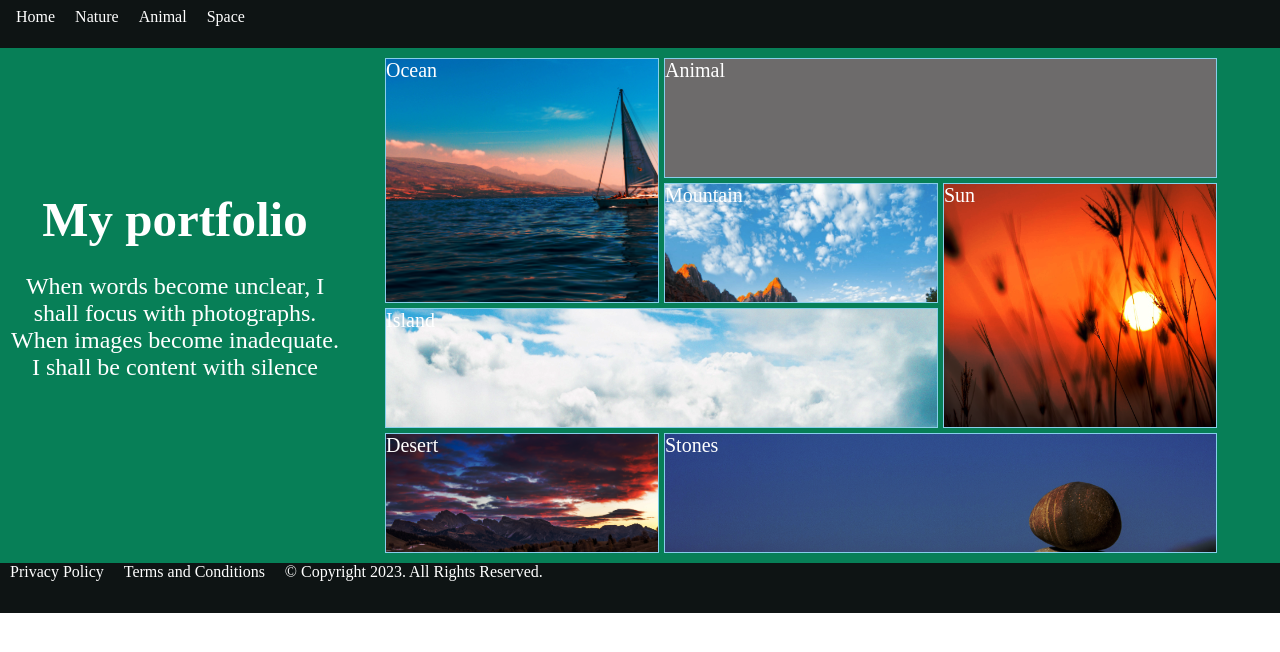
Repository: suraj-yadav7/03_Gallery_Portfolio
Page: index.html
These files come from the project's save history. The page is drawn as it stood at one moment and after the next save; the edit follows.
The browser window is 1280 px wide. The pictures show the whole page.
Pictures or frames that could not be fetched are drawn as grey boxes. Some web fonts or font styles are not loaded; a fallback is used.

Above is the page before, as saved 2023-02-14 21:46:57.

After the next save:
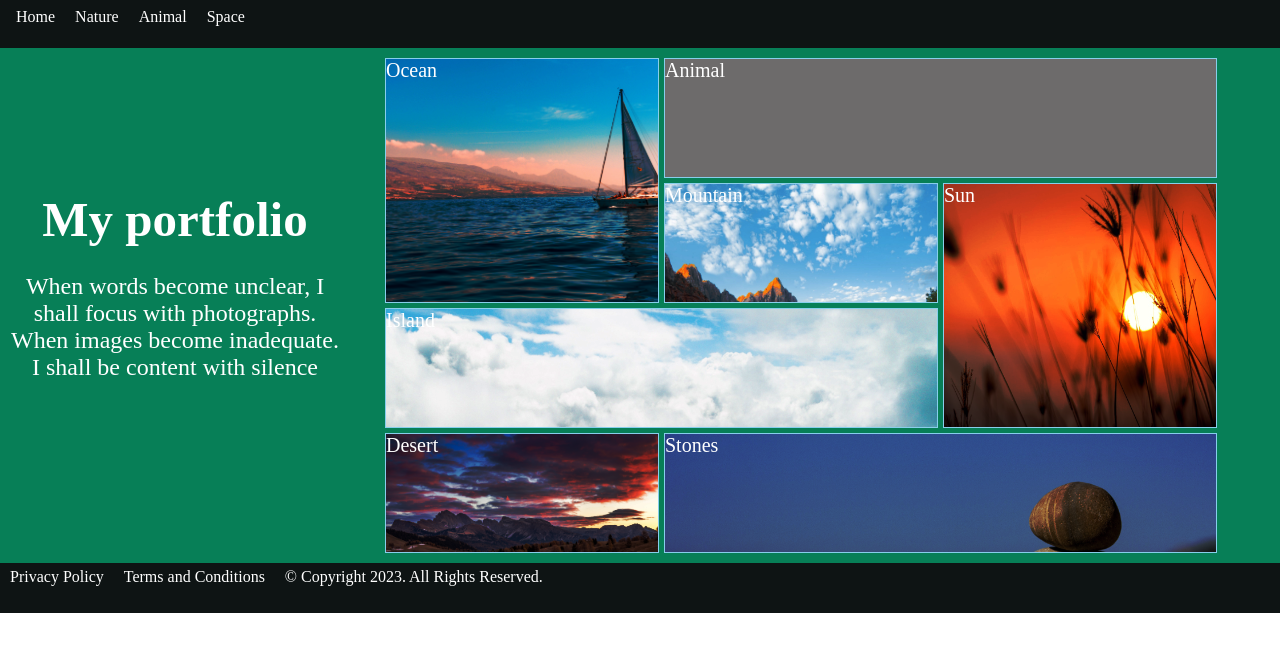
Saved 13 s later.
--- a/style.css
+++ b/style.css
@@ -152,7 +152,7 @@ footer{
     font-size: 1rem;
 }
 footer a{
-margin: 0px 10px;
+margin: 5px 10px;
 }
 /* media queries for Mobile Responsiveness */
 
